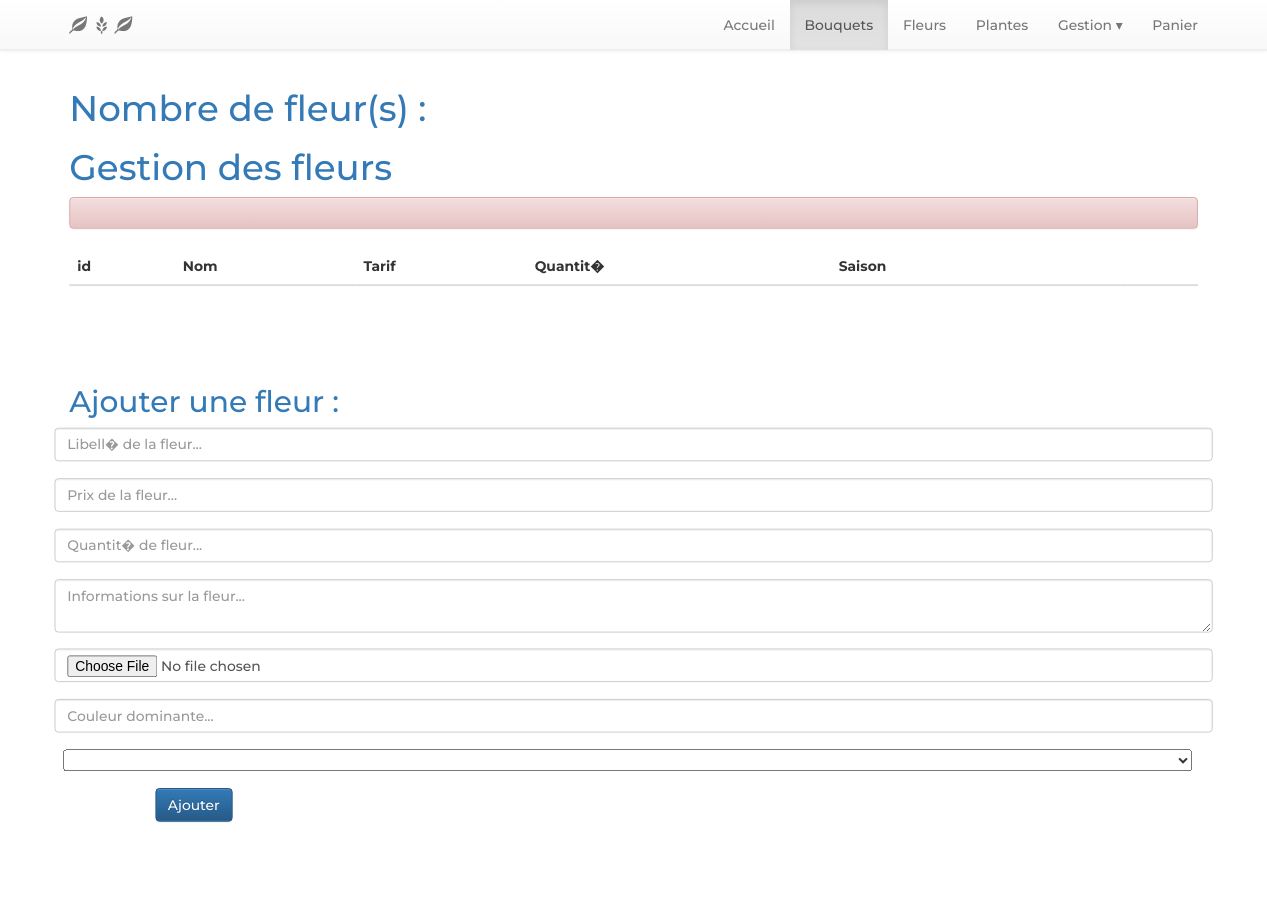
Repository: JeremT8/JavaFleuristeProject
Page: tp-fleuriste/src/main/webapp/bouquets.html
The author's editor kept a copy of each file at every save. The page is drawn from the files as they stood at one save, then again after the next save.
The browser window is 1280 px wide. The pictures show the whole page, at 99% of full size.
The page's requests for data from a server got no answer. Some web libraries are served in a nearby version.

Above is the page before, as saved 2022-05-18 10:01:59.

After the next save:
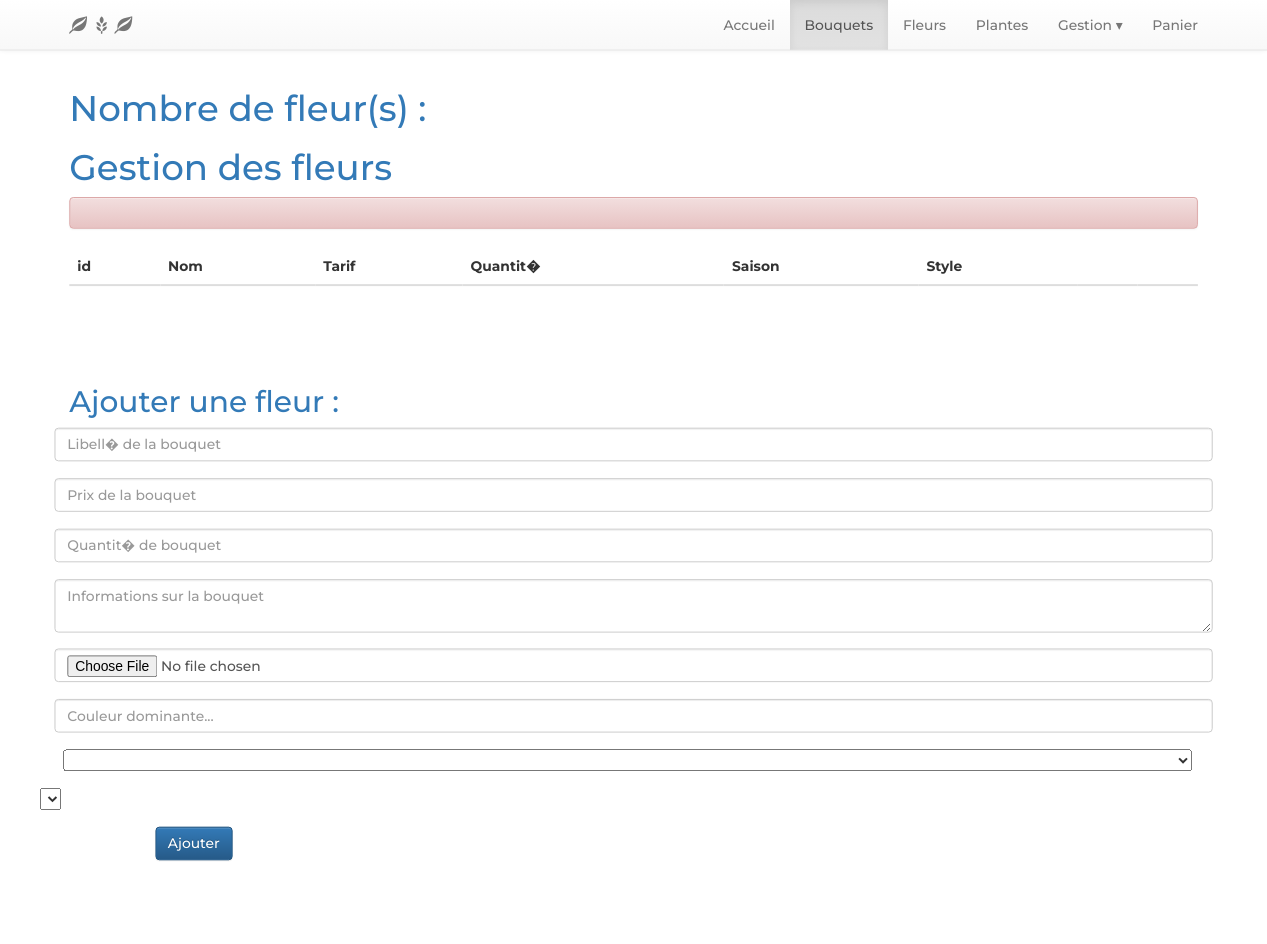
Saved 63 s later.
--- a/tp-fleuriste/src/main/webapp/bouquets.html
+++ b/tp-fleuriste/src/main/webapp/bouquets.html
@@ -84,6 +84,7 @@
 					<th>Tarif</th>
 					<th>Quantit�</th>
 					<th>Saison</th>
+					<th>Style</th>
 					<th>&nbsp;</th>
 					<th>&nbsp;</th>
 				</tr>
@@ -100,37 +101,37 @@
 				<div class="form-group">
 					<div class="div-form-input mb-3">
 						<input type="text"
-							id="nomFleur" class="form-control"
-							placeholder="Libell� de la fleur..." aria-label="Username"
+							id="nomBouquet" class="form-control"
+							placeholder="Libell� de la bouquet" aria-label="Username"
 							aria-describedby="basic-addon1">
 					</div>
 					<div class="div-form-input mb-3">
 						<input type="number"
-							id="tarifFleur" class="form-control"
-							placeholder="Prix de la fleur..." aria-label="Username"
+							id="tarifBouquet" class="form-control"
+							placeholder="Prix de la bouquet" aria-label="Username"
 							aria-describedby="basic-addon1">
 					</div>
 					<div class="div-form-input mb-3">
 						<input
-							type="number" id="quantiteFleur" class="form-control"
-							placeholder="Quantit� de fleur..." aria-label="Username"
+							type="number" id="quantiteBouquet" class="form-control"
+							placeholder="Quantit� de bouquet" aria-label="Username"
 							aria-describedby="basic-addon1">
 					</div>
 					<div class="div-form-input mb-3">
 
-						<textarea class="form-control" id="infoFleur"
-							placeholder="Informations sur la fleur..."
+						<textarea class="form-control" id="infoBouquet"
+							placeholder="Informations sur la bouquet"
 							aria-label="With textarea"></textarea>
 					</div>
 					<div class="div-form-input mb-3">
 						<input type="file"
-							id="urlImageFleur" class="form-control"
+							id="urlImageBouquet" class="form-control"
 							placeholder="URL de l'image..." aria-label="Username"
 							aria-describedby="basic-addon1">
 					</div>
 					<div class="div-form-input mb-3">
 						<input
-							type="text" id="couleurFleur" class="form-control"
+							type="text" id="couleurBouquet" class="form-control"
 							placeholder="Couleur dominante..." aria-label="Username"
 							aria-describedby="basic-addon1">
 					</div>
@@ -138,6 +139,14 @@
 						<div class="col-12">
 
 							<select id="saison" class="form-select" aria-label="multiple select example">
+
+							</select>
+						</div>
+					</div>
+					<div class="div-form-input form-group">
+						<div class="col-12">
+
+							<select id="style" class="form-select" aria-label="multiple select example">
 
 							</select>
 						</div>
